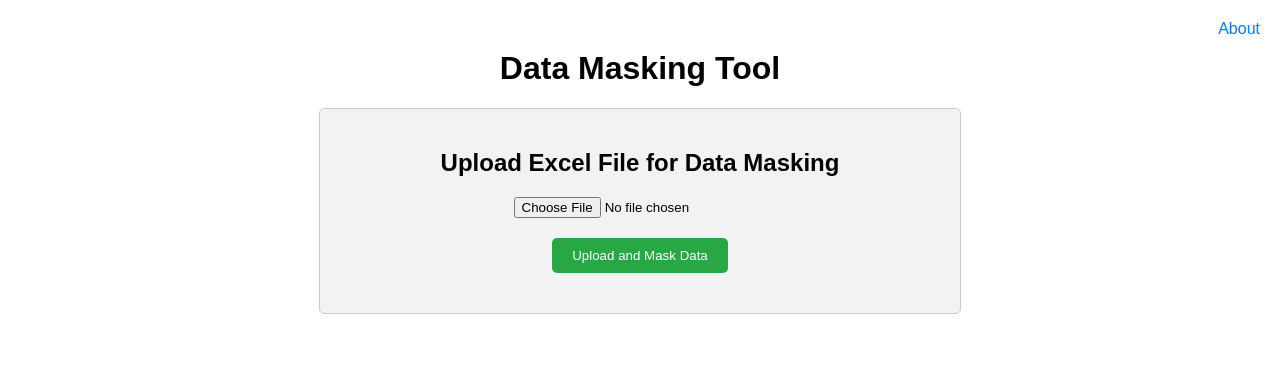
Repository: prithika12/DataMasking_Tool
Page: index.html
These files come from the project's save history. The page is drawn as it stood at one moment and after the next save; the edit follows.
The browser window is 1280 px wide. The pictures show the whole page.

Above is the page before, as saved 2024-07-09 11:43:00.

### index.html
<!DOCTYPE html>
<html>
<head>
    <h1>Data Masking Tool</h1>
    <style>
        body {
            font-family: Arial, sans-serif;
            margin: 50px;
        }
        .container {
            max-width: 600px;
            margin: 0 auto;
            padding: 20px;
            background-color: #f2f2f2;
            border: 1px solid #ccc;
            border-radius: 5px;
        }
        h1, h2 {
            text-align: center;
        }

        input[type="file"] {
            display: block;
            margin: 20px auto;
        }
        button {
            display: block;
            margin: 20px auto;
            padding: 10px 20px;
            background-color: #28a745;
            color: white;
            border: none;
            border-radius: 5px;
            cursor: pointer;
        }
        button:hover {
            background-color: #218838;
        }
        .about-link {
            position: absolute;
            top: 20px;
            right: 20px;
        }
        .about-link a {
            color: #007bff;
            text-decoration: none;
        }
        .about-link a:hover {
            text-decoration: underline;
        }
    </style>
</head>
<body>
    <div class="container">
        <h2>Upload Excel File for Data Masking</h2>
        <form action="/uploader" method="post" enctype="multipart/form-data">
            <input type="file" name="file" accept=".xlsx">
            <button type="submit">Upload and Mask Data</button>
        </form>
    </div>
    <div class="about-link">
        <a href="https://github.com/prithika12/DataMasking_Tool/blob/main/README.md" target="_blank">About</a>
    </div>
</body>
</html>

After the next save:
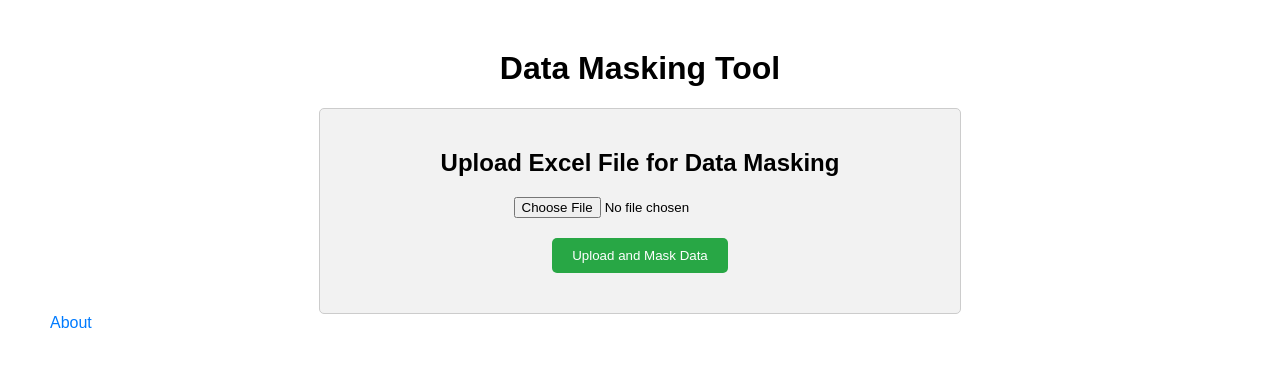
Saved 20 s later.
--- a/index.html
+++ b/index.html
@@ -37,7 +37,7 @@
             background-color: #218838;
         }
         .about-link {
-            position: absolute;
+            position:
             top: 20px;
             right: 20px;
         }

After the 3 saves that followed:
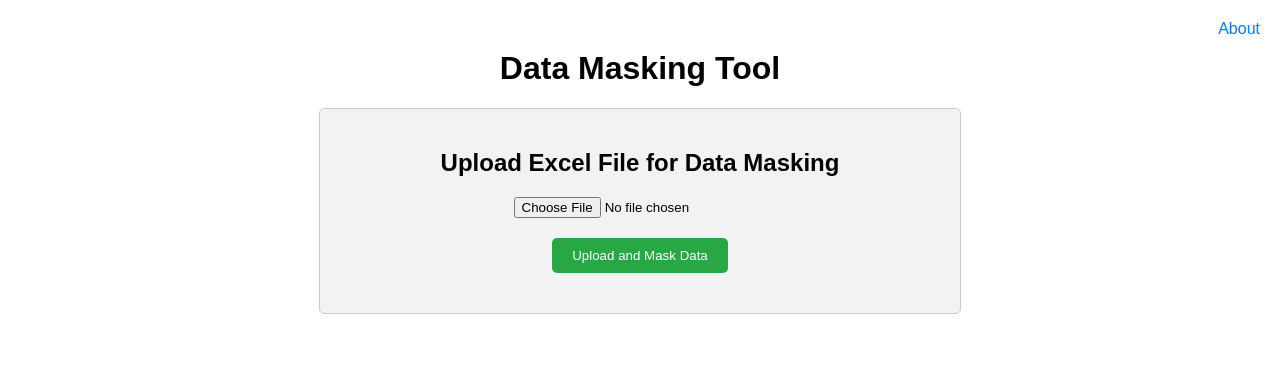
The 3 saves are shown as one change because 1 left the picture as it was and some came seconds apart.
The last was saved 22 s later.
--- a/index.html
+++ b/index.html
@@ -37,7 +37,7 @@
             background-color: #218838;
         }
         .about-link {
-            position:
+            position: absolute;
             top: 20px;
             right: 20px;
         }
